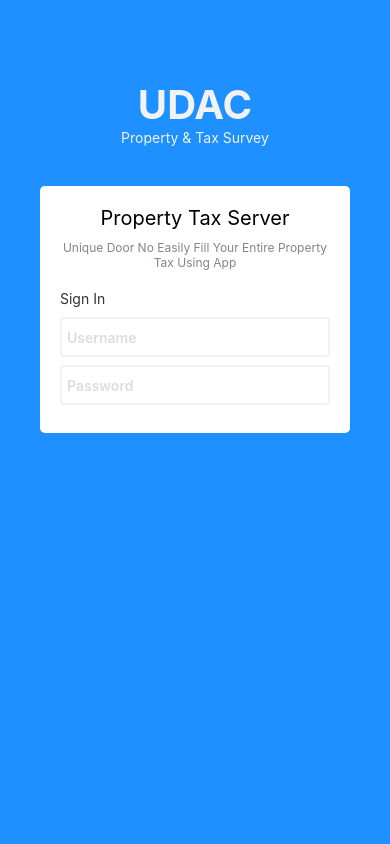
Repository: metalysm/BasicLoginPage
Screen: /
An editor plug-in stored every save of this project. The screen is shown before and after the next save, followed by the edit.
The app was drawn by React Native's web renderer in a window 390 px wide. The project was rebuilt for these pictures with package versions that can differ from the ones it lists, and the page was loaded fresh each time.

Above is the screen before, as saved 2019-12-05 16:20:24.

After the next save:
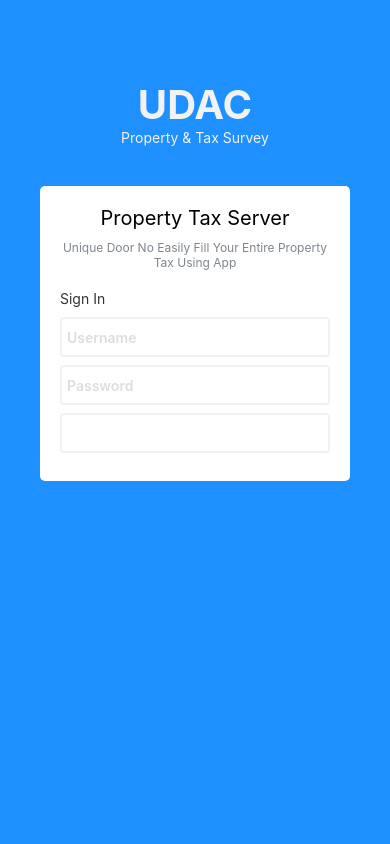
Saved 33 s later.
--- a/src/pages/LoginForm.js
+++ b/src/pages/LoginForm.js
@@ -18,7 +18,9 @@ export default class LoginForm extends Component {
                     secureTextEntry={true}
                     inputRef={input => this.passwordInput = input}
                 />
-
+                <MyButton
+                    text={"Sign In Now"}
+                />
             </View>
         );
     }//autoCapitalize baş harfi büyük yapmayı kapadık.
